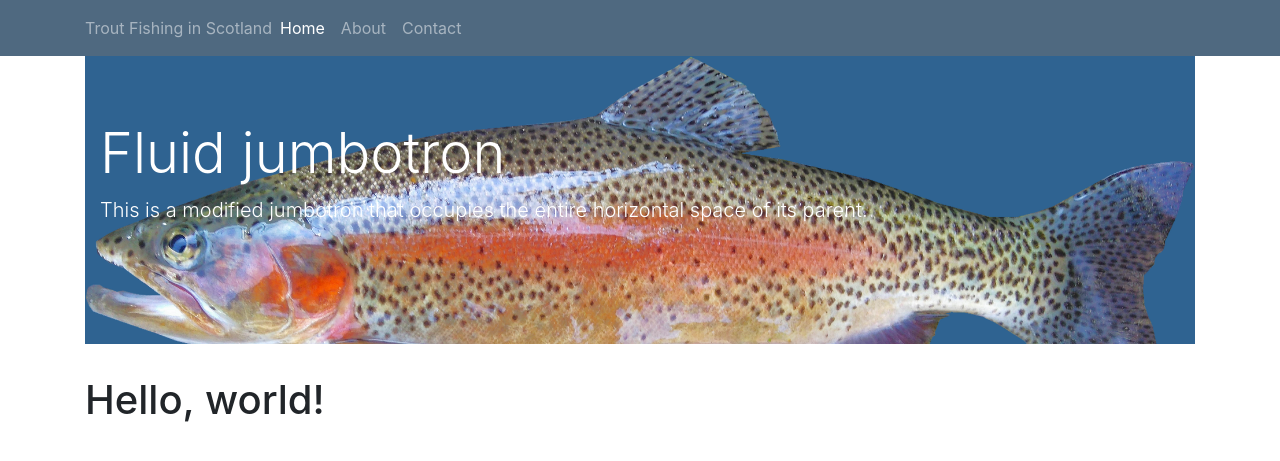
Repository: adrian9211/College_project
Page: index.html
The author's editor kept a copy of each file at every save. The page is drawn from the files as they stood at one save, then again after a run of saves.
The browser window is 1280 px wide. The pictures show the whole page.

Above is the page before, as saved 2020-10-28 13:54:28.

### index.html
<!doctype html>
<html lang="en">
  <head>
    <!-- Required meta tags -->
    <meta charset="utf-8">
    <meta name="viewport" content="width=device-width, initial-scale=1, shrink-to-fit=no">

    <!-- Bootstrap CSS -->
    <link rel="stylesheet" href="https://cdn.jsdelivr.net/npm/bootstrap@4.5.3/dist/css/bootstrap.min.css" integrity="sha384-TX8t27EcRE3e/ihU7zmQxVncDAy5uIKz4rEkgIXeMed4M0jlfIDPvg6uqKI2xXr2" crossorigin="anonymous">
    <link rel="stylesheet" href="css/style.css">

    <title>Trout fishing in Scotland</title>
  </head>
  <body>
      <!-- Navigation  bar start -->
    <nav class="navbar navbar-expand-md navbar-dark sticky-top" role="navigation" id="navbar2" style="background-color: #4F6980;">
        <div class="container">
          <a href="index.html"><span class="navbar-text">Trout Fishing in Scotland</span></a>
          <button class="navbar-toggler" data-toggle="collapse" data-target="#collapse_target">
            <span class="navbar-toggler-icon"></span>
          </button>
          <div class="collapse navbar-collapse" id="collapse_target">
          <ul class="navbar-nav " >
            <li class="nav-item active">
              <a class="nav-link " href="index.html">Home </a>
            </li>
            <li class="nav-item ">
              <a class="nav-link " href="portfolio.html">About</a>
            </li>
            <li class="nav-item ">
              <a class="nav-link " href="contact.html">Contact</a>
            </li>
          </ul>
        </div>
        </div>
      </nav>
      <!-- Navigation  bar end -->
      <div class="container">
        <div class="jumbotron jumbotron-fluid">
            <div class="container alt">
              <h1 class="display-4">Fluid jumbotron</h1>
              <p class="lead">This is a modified jumbotron that occupies the entire horizontal space of its parent.</p>
            </div>
        </div>
          <main>

          </main>
        <h1>Hello, world!</h1>

        </div>
    <!-- Scripts for bootstrap -->
    <script src="https://code.jquery.com/jquery-3.5.1.slim.min.js" integrity="sha384-DfXdz2htPH0lsSSs5nCTpuj/zy4C+OGpamoFVy38MVBnE+IbbVYUew+OrCXaRkfj" crossorigin="anonymous"></script>
    <script src="https://cdn.jsdelivr.net/npm/bootstrap@4.5.3/dist/js/bootstrap.bundle.min.js" integrity="sha384-ho+j7jyWK8fNQe+A12Hb8AhRq26LrZ/JpcUGGOn+Y7RsweNrtN/tE3MoK7ZeZDyx" crossorigin="anonymous"></script>
  </body>
</html>

### css/style.css
.jumbotron {
    background-image: url("../img/trout.png");
    background-color: rgb(47, 99, 145);
    background-size: cover;
    height: 40vh;
}

.alt h1, p {
    color: #fff;
}

After the next 2 saves:
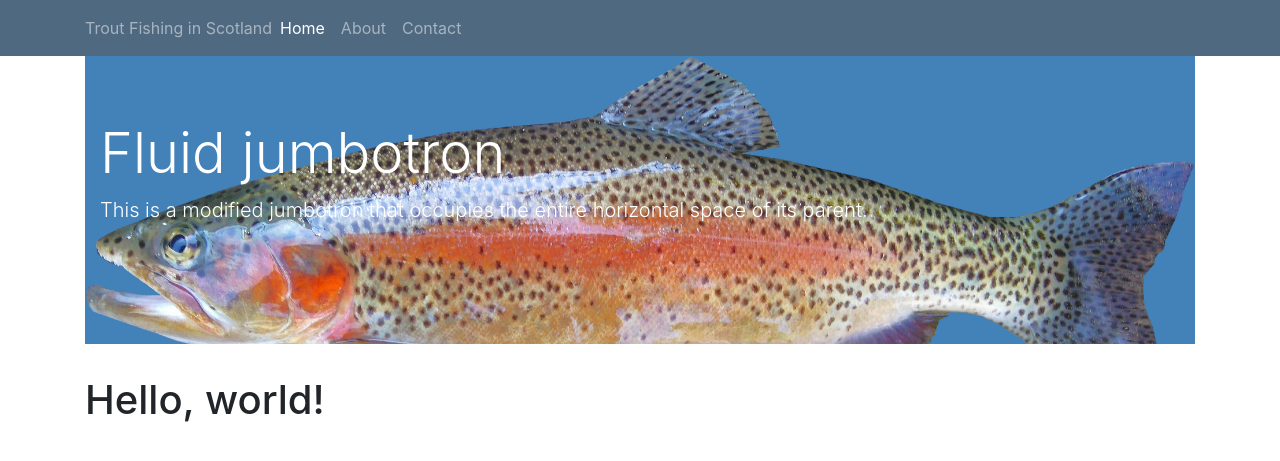
The 2 saves are shown as one change because they came seconds apart.
The last was saved 6 s later.
--- a/css/style.css
+++ b/css/style.css
@@ -1,6 +1,6 @@
 .jumbotron {
     background-image: url("../img/trout.png");
-    background-color: rgb(47, 99, 145);
+    background-color: rgb(66, 130, 185);
     background-size: cover;
     height: 40vh;
 }
